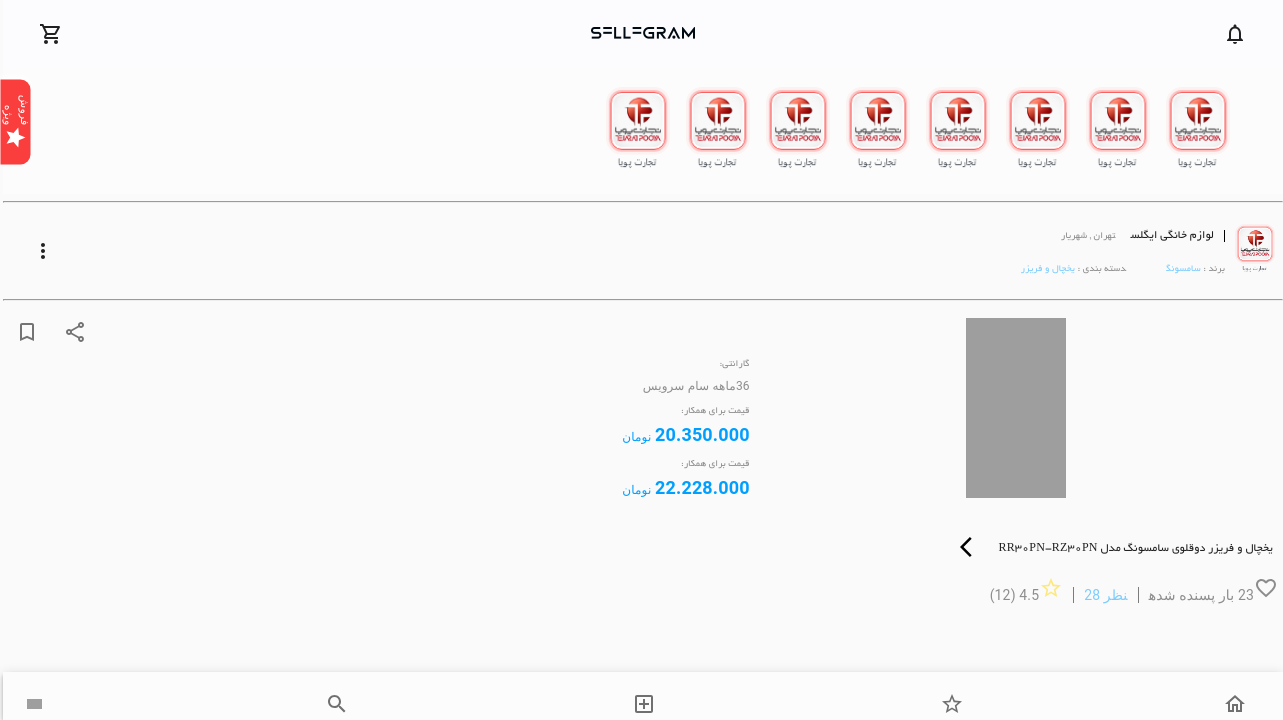
Repository: sadegh1379/selegram
Page: /login-4
These files come from the project's save history. The page is drawn as it stood at one moment and after the next save; the edit follows.
The browser window is 1280 px wide. The page is 1283 px wide, so the pictures cover 1283 px, including what lies to the right of the window. The pictures show the whole page.
Pictures or frames that could not be fetched are drawn as grey boxes. The project was rebuilt for these pictures with package versions that can differ from the ones it lists, and the page was loaded fresh each time. Also part of the build but not shown: src/components/login/Login.js, src/components/login/LoginOne.js, src/components/login/LoginThree.js.

Above is the page before, as saved 2020-09-09 14:31:50.

### public/index.html
<!DOCTYPE html>
<html lang="en">
  <head>
    <meta charset="utf-8" />
    <link rel="icon" href="%PUBLIC_URL%/favicon.ico" />
    <meta
      name="viewport"
      content="minimum-scale=1, initial-scale=1, width=device-width"
    />
    <meta name="theme-color" content="#000000" />
    <meta
      name="description"
      content="Web site created using create-react-app"
    />
    <link rel="apple-touch-icon" href="%PUBLIC_URL%/logo192.png" />
    <!--
      manifest.json provides metadata used when your web app is installed on a
      user's mobile device or desktop. See https://developers.google.com/web/fundamentals/web-app-manifest/
    -->
    <link rel="manifest" href="%PUBLIC_URL%/manifest.json" />
    <!--
      Notice the use of %PUBLIC_URL% in the tags above.
      It will be replaced with the URL of the `public` folder during the build.
      Only files inside the `public` folder can be referenced from the HTML.

      Unlike "/favicon.ico" or "favicon.ico", "%PUBLIC_URL%/favicon.ico" will
      work correctly both with client-side routing and a non-root public URL.
      Learn how to configure a non-root public URL by running `npm run build`.
    -->
    <title>React App</title>
  </head>
  <body dir="rtl">
    <noscript>You need to enable JavaScript to run this app.</noscript>
    <div id="root"></div>
    <!--
      This HTML file is a template.
      If you open it directly in the browser, you will see an empty page.

      You can add webfonts, meta tags, or analytics to this file.
      The build step will place the bundled scripts into the <body> tag.

      To begin the development, run `npm start` or `yarn start`.
      To create a production bundle, use `npm run build` or `yarn build`.
    -->
  </body>
</html>

### src/index.js
import React from 'react';
import ReactDOM from 'react-dom';
import App from './App';
import { createMuiTheme, ThemeProvider } from '@material-ui/core/styles';
import RTL from './RTL';
import {BrowserRouter as Router} from 'react-router-dom';
// import '../node_modules/bootstrap/dist/css/bootstrap.css';
import {DataProvider} from './context'

const theme = createMuiTheme({
  direction: 'rtl', // Both here and <body dir="rtl">
});

ReactDOM.render(
      <ThemeProvider theme={theme}>
                      <RTL>
                          <Router>
                              <DataProvider>
                                    <App />
                              </DataProvider>
                          </Router>
                      </RTL>
      </ThemeProvider>
  ,
  document.getElementById('root')
);

### src/App.js
import React from 'react';
import './App.css';
import {Switch , Route} from 'react-router-dom';

import Login from './components/login/Login';
import LoginOne from './components/login/LoginOne';
import LoginThree from './components/login/LoginThree';
import LoginFour from './components/body/LoginFour'

function App() {
  return (
    <div className="App">
      <Switch>
        <Route exact path="/" component={(props)=><Login {...props}/>} />
        <Route exact path="/login-1" component={(props)=><LoginOne {...props}/>} />
        <Route exact path="/login-3" component={(props)=><LoginThree {...props}/>} />
        <Route exact path="/login-4" component={(props)=><LoginFour {...props}/>} />
      </Switch>
    </div>
  );
}

export default App;

### src/RTL.js
import React from 'react'
import { create } from 'jss';
import rtl from 'jss-rtl';
import { StylesProvider, jssPreset } from '@material-ui/core/styles';

// Configure JSS
const jss = create({ plugins: [...jssPreset().plugins, rtl()] });

function RTL(props) {
  return (
    <StylesProvider jss={jss}>
      {props.children}
    </StylesProvider>
  );
}

export default RTL;

### src/context.js
import React , {createContext ,Component}  from 'react';

const context = createContext()

 class DataProvider extends Component {
    constructor(props){
        super(props);

        this.state={
            kala:[{
                name:'sadegh',
                img:'./img/kala.png'
            },
            {
                name:'sadegh',
                img:'./img/kala.png'
            },
            {
                name:'sadegh',
                img:'./img/kala.png'
            },
            {
                name:'sadegh',
                img:'./img/kala.png'
            },
            {
                name:'sadegh',
                img:'./img/kala.png'
            },
            {
                name:'sadegh',
                img:'./img/kala.png'
            },
            {
                name:'sadegh',
                img:'./img/kala.png'
            },
            {
                name:'sadegh',
                img:'./img/kala.png'
            }
        ],
        select:'./img/ice.png'
        }
    }
    render() {
        return (
            <context.Provider value={{
                    ...this.state
            }}>
                {this.props.children}
            </context.Provider>
        )
    }
}

const DataConsumer = context.Consumer;

export { DataProvider , DataConsumer , context};

### src/App.css
@font-face {
    font-family: BYekan;
    src: url('./font/BYekan.ttf') , url('./font/BYekan.eot') , url('./font/BYekan.woff');
  }

html , body , #root{
    margin: 0px ;
    padding:0px;
}
.font-yekan{
    font-family: BYekan !important;
  }
label{
    color:#034DA2 !important;
    font-size: 14px;

    font-weight: small !important;

    margin-right: 10px;
    font-family: BYekan !important;
}

.color-text{
  color:#404D66
}

.no-scroll::-webkit-scrollbar{
  display: none;

}
.no-scroll{
  -ms-overflow-style: none ;
  scrollbar-width: none;
}

.lighblue{
  color:#009FFF;
}
.font-10-px{
  font-size: 10px;
}
.font-12-px{
  font-size: 12px;
}
.text-right{
  text-align: right;
}
.text-left{
  text-align: left;
}

.opacity{
  opacity: 0.5;

}

.money-color{
  color:#009FFF;
  font-size:18px;
  font-weight: bolder  ;
}

.toman-blue{
  font-size: 12px;
  color:#009FFF ;

}

### src/components/body/LoginFour.js
import React , {useContext} from 'react';
import Navbar from '../static/Navbar';
import Button from '@material-ui/core/Button';
import Grid from '@material-ui/core/Grid'
import {context} from '../../context';
import useStyles from './styles';
import StarIcon from '@material-ui/icons/Star';
import Menu from '@material-ui/core/Menu';
import MenuItem from '@material-ui/core/MenuItem';
import MoreVertIcon from '@material-ui/icons/MoreVert';
import BookmarkBorderIcon from '@material-ui/icons/BookmarkBorder';
import ShareOutlinedIcon from '@material-ui/icons/ShareOutlined';
import { IconButton } from '@material-ui/core';
import ArrowBackIosIcon from '@material-ui/icons/ArrowBackIos';
import FavoriteBorderOutlinedIcon from '@material-ui/icons/FavoriteBorderOutlined';
import BottomAppBar from '../static/BottomAppBar';
import StarBorderIcon from '@material-ui/icons/StarBorder';



function LoginFour() {
    const classes = useStyles();
    const [anchorEl, setAnchorEl] = React.useState(null);
    const [opinion , setOpinion] = React.useState('لطفا نظر خود را بنویسید ...');

    const data = useContext(context);
    console.log(data);

    // fordropdown---------

    const handleClick = (event) => {
        setAnchorEl(event.currentTarget);
      };

      const handleClose = () => {
        setAnchorEl(null);
      };

      //-------------------

    return (
        <React.Fragment>
            <Navbar/>

            <Grid className={classes.carouselContainer}>
                <ul className="no-scroll" style={{display:'flex' , overflow:'scroll' , listStyle:'none' }}>
                    <span className={classes.ulf}>
                        <StarIcon/>
                            فروش ویژه
                    </span>
                    {data.kala.map((item , i)=>{
                        return(
                            <li style={{margin:'0px 8px' }} key={i}>
                                <img style={{width:'64px' , height:'83px'}}  src={item.img} alt=""/>


                            </li>
                        )
                    })
                    }
                </ul>
            </Grid><hr/>

            {/* information component */}

            <Grid className={classes.informationGrid}>
                <Grid item ><img alt="img" style={{width:'40px'}} src={data.kala[2].img}/></Grid>
                <Grid item  className={classes.informationText}>
                    <span className="font-yekan font-12-px" style={{borderRight:'1px solid black' , paddingRight:'10px' }}>لوازم خانگی  ایگلس</span>
                    <span className="font-yekan  font-10-px" style={{marginRight:'15px' , opacity:'0.5'}}>تهران , شهریار</span><br/>
                    <span className="font-yekan font-10-px" style={{opacity:'0.5'}}>برند  :  <span className="lighblue">سامسونگ</span></span>
                    <span className="font-yekan font-10-px" style={{opacity:'0.5', marginRight:'40px'}}>دسته بندی  : <span className="lighblue">یخچال و فریزر</span></span>
                </Grid>
                <Grid item>
                    <div>
                        <Button aria-controls="simple-menu" aria-haspopup="true" onClick={handleClick}>
                            <MoreVertIcon/>
                        </Button>
                        <Menu
                            id="simple-menu"
                            anchorEl={anchorEl}
                            keepMounted
                            open={Boolean(anchorEl)}
                            onClose={handleClose}
                        >
                            <MenuItem onClick={handleClose}>Profile</MenuItem>
                            <MenuItem onClick={handleClose}>My account</MenuItem>
                            <MenuItem onClick={handleClose}>Logout</MenuItem>
                        </Menu>
                     </div>
                </Grid>
            </Grid><hr/>
            {/* body */}
            <Grid className={classes.body}>
                <Grid className={classes.bodyImg} item md={5} sm={5} xs={5}>
                    <img style={{width:'100px' , height:'180px' ,imageResolution:'from-image'}} src={data.select} alt=""/>
                </Grid>
                <Grid item md={7} sm={7} xs={7}>
                    <div  className="text-left">
                        <IconButton>
                             <ShareOutlinedIcon/>
                        </IconButton>
                        <IconButton>
                              <BookmarkBorderIcon/>
                        </IconButton>

                    </div>
                    <div  style={{lineHeight:'10px'}}>
                            <span className="font-10-px opacity font-yekan">گارانتی:</span><p className="font-12-px opacity">36ماهه سام سرویس</p>
                            <span className="font-10-px opacity font-yekan">قیمت برای همکار:</span><p ><span className="money-color">20.350.000</span> <span className="toman-blue">نومان</span> </p>
                            <span className="font-10-px opacity font-yekan">قیمت برای همکار:</span><p ><span className="money-color">22.228.000</span> <span className="toman-blue">نومان</span> </p>

                    </div>

                </Grid>
            </Grid>

            <Grid className={classes.getArrow}>
                <span className="font-12-px font-yekan"> یخچال و فریزر دوقلوی سامسونگ مدل RR30PN-RZ30PN </span>
                <IconButton >
                        <ArrowBackIosIcon className={classes.color_black}/>
                </IconButton>
            </Grid>
            {/* liked */}
            <Grid className={classes.liked}>
                        <FavoriteBorderOutlinedIcon/>
                         <span>23 بار پسنده شده</span>
                        <span style={{borderLeft:'1px solid black' , margin:'0 10px'}}></span>
                        <span className="lighblue lightblue">نظر 28</span>
                        <span style={{borderLeft:'1px solid black' , margin:'0 10px'}}></span>
                        <StarBorderIcon className={classes.goldstar}/>
                        <span>4.5 (12)</span>

            </Grid>
            {/* Opinion */}
            {/* <Grid>
            <form style={{width:'100%' , margin:'10px'}}  autoComplete="off">
                <textarea style={{border:'0px'}} onChange={(e)=>setOpinion(e.target.value)} value={opinion} className="font-yekan opacity"  id="" cols="30" rows="2"></textarea>

            </form>
            </Grid> */}



            {/* bottom app bar */}
            <BottomAppBar img={data.select}/>
        </React.Fragment>
    )
}

export default LoginFour

### src/components/static/Navbar.js
import React from 'react';
import Grid from '@material-ui/core/Grid';
import useStyles from './styles';
import ShoppingCartOutlinedIcon from '@material-ui/icons/ShoppingCartOutlined';
import NotificationsOutlinedIcon from '@material-ui/icons/NotificationsOutlined';
import Button from '@material-ui/core/Button';
import logo from './img/navlogo.png'

function Navbar() {
    const classes = useStyles();
    return (
      <Grid  className={classes.navContainer}>
          <Grid>
              <Button>
                <NotificationsOutlinedIcon/>
              </Button>
          </Grid>
          <Grid className={classes.navlogo}>
              <img style={{width:'50%'}} src={logo} alt="selegram"/>
          </Grid>
          <Grid>
                <Button>
                <ShoppingCartOutlinedIcon/>
                </Button>
          </Grid>
      </Grid>
    )
}

export default Navbar

### src/components/body/styles.js
import { makeStyles } from '@material-ui/core/styles';

const useStyles = makeStyles((theme) => ({
    carouselContainer:{
        backgroundColor:'#FCFCFC',
        padding:'5px'
    },
    ulf:{
        backgroundColor:'#FA3D3D',
        position:'absolute',
        left:'-30px',
        marginTop:'20px',
        padding:'15px',
        // marginLeft:'0px',
        width:'85px',
        height:'10px',
        transform:'rotateZ(-270deg)',
        display:'flex',
        alignItems:'center',
        justifyContent:'space-between',
        fontSize:'11px',
        color:'#FFFFFF',
        borderRadius:'10px 10px 0 0',
        boxShadow:'-3px 0px 6px'
    },
    informationGrid:{
            display:'flex',
            justifyContent:'space-between',
            padding:'8px',
            alignItems:'center'
    },
    informationText :{
        lineHeight:'30px',
        width:'100%',
        margin:'0 10px',
        padding:'0px'
    },
    body:{
        // backgroundColor:'gold',
        display:'flex'
    },
    bodyImg:{
        width:'100%',
        overflow:'hidden',
        padding:'10px',
        textAlign:'center'
    },
    getArrow:{
        padding:'10px'
    },
    color_black : {
        color:'black'
      },
    liked:{

        display:'felx'
        ,alignItems:'center',
        padding:'5px',
        marginTop:'-10px',
        opacity:'0.5'
    },
    goldstar:{
        color:'gold',

    },

}))


export default useStyles;

### src/components/static/BottomAppBar.js
import React from 'react';
import { makeStyles } from '@material-ui/core/styles';
import AppBar from '@material-ui/core/AppBar';
import CssBaseline from '@material-ui/core/CssBaseline';
import Toolbar from '@material-ui/core/Toolbar';
import IconButton from '@material-ui/core/IconButton';
import AddBoxOutlinedIcon from '@material-ui/icons/AddBoxOutlined';
import SearchIcon from '@material-ui/icons/Search';
import StarBorderOutlinedIcon from '@material-ui/icons/StarBorderOutlined';
import HomeOutlinedIcon from '@material-ui/icons/HomeOutlined';

const useStyles = makeStyles((theme) => ({




  appBar: {
    top: 'auto',
    bottom: 0,
    height:'48px',
    backgroundColor:'#FCFCFC'
  },
  grow: {
    flexGrow: 1,
  },

  toolBar:{
    display:'flex',
    justifyContent:'space-between',
    alignItems:'center'
  },
  icons:{

    color:'#707070'
  }
}));

export default function BottomAppBar(props) {
  const classes = useStyles();

  return (
    <React.Fragment>
      <CssBaseline />

      <AppBar position="fixed" color="default" className={classes.appBar}>
        <Toolbar className={classes.toolBar}>
          <IconButton edge="start" color="inherit" aria-label="open drawer">
            <HomeOutlinedIcon className={classes.icons} />
          </IconButton>
          <IconButton edge="end" color="inherit">
            <StarBorderOutlinedIcon className={classes.icons}/>
          </IconButton>
          <IconButton color="inherit">
            <AddBoxOutlinedIcon className={classes.icons}/>
          </IconButton>
          <IconButton color="inherit">
            <SearchIcon className={classes.icons}/>
          </IconButton>
          <IconButton edge="start" color="inherit" aria-label="open drawer">
            <img style={{width:'14.6px'}} src={props.img} alt=""/>
          </IconButton>
        </Toolbar>
      </AppBar>
    </React.Fragment>
  );
}

### src/components/static/styles.js
import { makeStyles } from '@material-ui/core/styles';

const useStyles = makeStyles((theme) => ({
    navContainer:{
        display:'flex',
        justifyContent:'space-between',
        backgroundColor:'#FCFCFF',
        padding:'16px',
        opacity:'100%',
        alignItems:'center'
    },
    navlogo:{
        textAlign:'center'
    }
}))


export default useStyles;

After the next save:
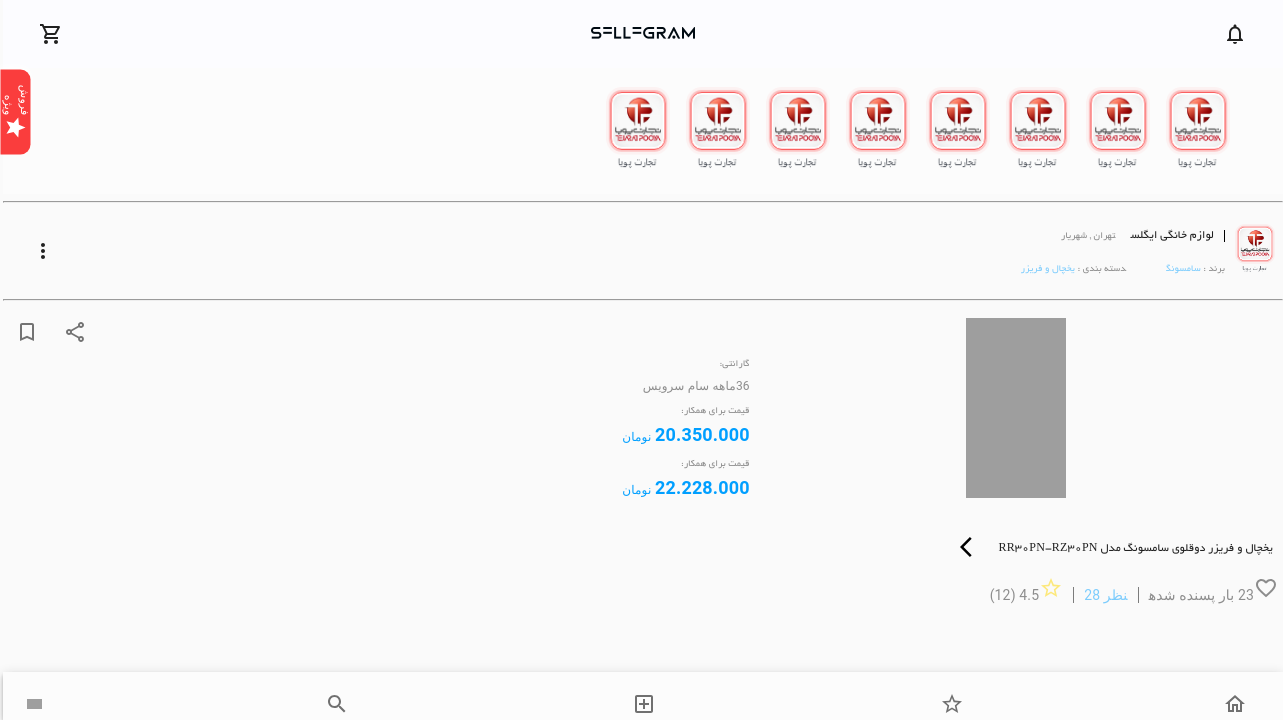
Saved 16 s later.
--- a/src/components/body/styles.js
+++ b/src/components/body/styles.js
@@ -9,7 +9,7 @@
         backgroundColor:'#FA3D3D',
         position:'absolute',
         left:'-30px',
-        marginTop:'20px',
+        marginTop:'10px',
         padding:'15px',
         // marginLeft:'0px',
         width:'85px',

After the save that followed:
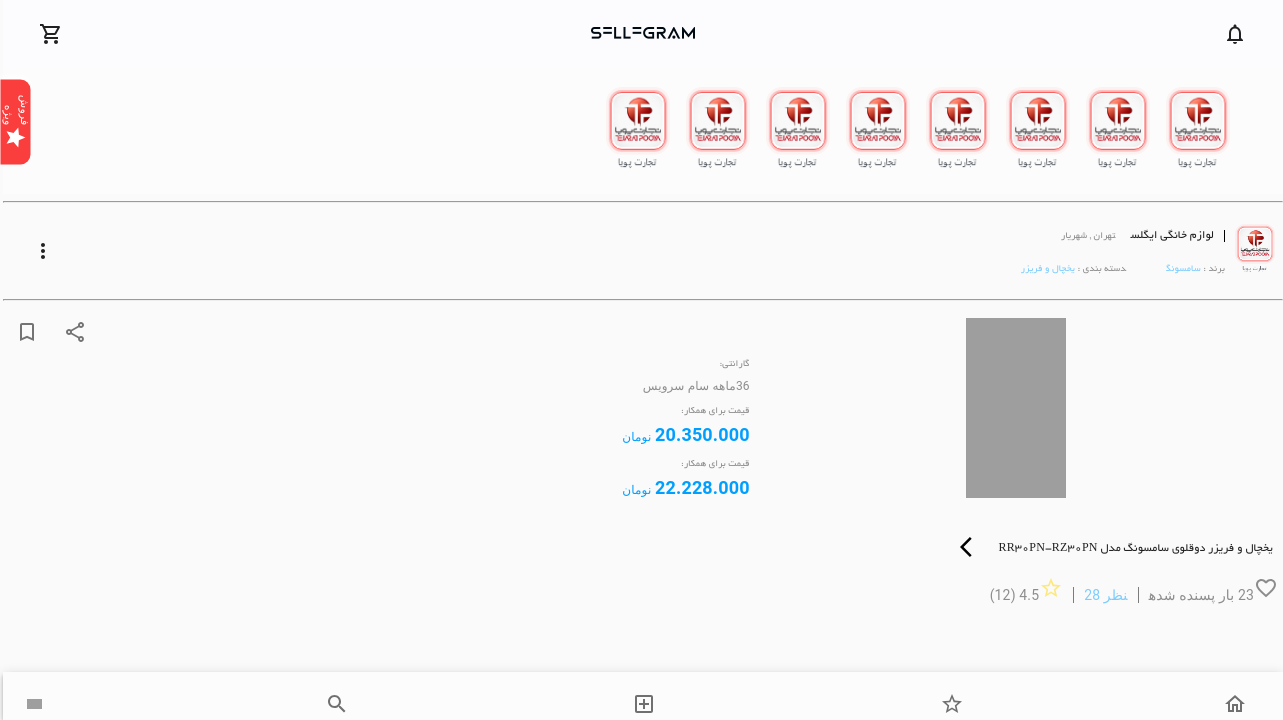
Saved 6 s later.
--- a/src/components/body/styles.js
+++ b/src/components/body/styles.js
@@ -9,7 +9,7 @@
         backgroundColor:'#FA3D3D',
         position:'absolute',
         left:'-30px',
-        marginTop:'10px',
+        marginTop:'20px',
         padding:'15px',
         // marginLeft:'0px',
         width:'85px',
